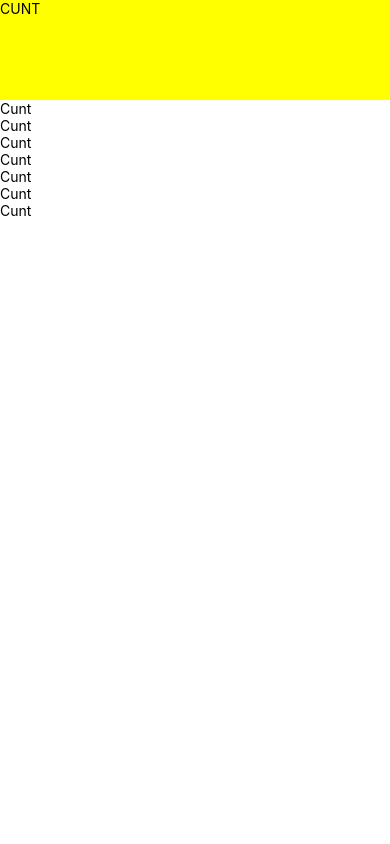
Repository: ph0ph0/ReactNative--UK-Property-App
Screen: /
An editor plug-in stored every save of this project. The screen is shown before and after the next save, followed by the edit.
The app was drawn by React Native's web renderer in a window 390 px wide. The project was rebuilt for these pictures with package versions that can differ from the ones it lists, and the page was loaded fresh each time.

Above is the screen before, as saved 2019-11-16 20:26:53.

### App.tsx
/**
 * Sample React Native App
 * https://github.com/facebook/react-native
 *
 * Generated with the TypeScript template
 * https://github.com/react-native-community/react-native-template-typescript
 *
 * @format
 */

import React, {Fragment, FunctionComponent} from 'react';
import {
  SafeAreaView,
  StyleSheet,
  ScrollView,
  View,
  Text,
  StatusBar,
} from 'react-native';

import {
  Header,
  LearnMoreLinks,
  Colors,
  DebugInstructions,
  ReloadInstructions,
} from 'react-native/Libraries/NewAppScreen';

const App = () => {
  return (
    <Fragment>
      <View
        style={{
          backgroundColor: 'yellow',
          borderColor: 'red',
          height: 100,
        }}>
        <Text>CUNT</Text>
      </View>
      <SafeAreaView>
        <View>
          <Text>Cunt</Text>
          <Text>Cunt</Text>
          <Text>Cunt</Text>
          <Text>Cunt</Text>
          <Text>Cunt</Text>
          <Text>Cunt</Text>
          <Text>Cunt</Text>
        </View>
      </SafeAreaView>
    </Fragment>
  );
};

const styles = StyleSheet.create({
  scrollView: {
    backgroundColor: Colors.lighter,
  },
  engine: {
    position: 'absolute',
    right: 0,
  },
  body: {
    backgroundColor: Colors.white,
  },
  sectionContainer: {
    marginTop: 32,
    paddingHorizontal: 24,
  },
  sectionTitle: {
    fontSize: 24,
    fontWeight: '600',
    color: Colors.black,
  },
  sectionDescription: {
    marginTop: 8,
    fontSize: 18,
    fontWeight: '400',
    color: Colors.dark,
  },
  highlight: {
    fontWeight: '700',
  },
  footer: {
    color: Colors.dark,
    fontSize: 12,
    fontWeight: '600',
    padding: 4,
    paddingRight: 12,
    textAlign: 'right',
  },
});

export default App;

After the next save:
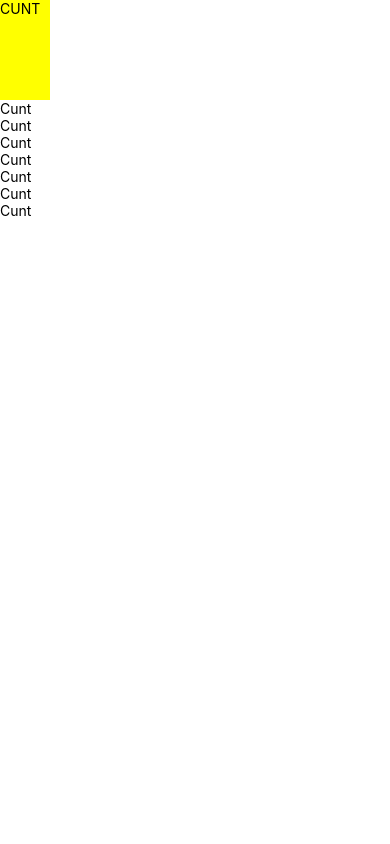
Saved 71 s later.
--- a/App.tsx
+++ b/App.tsx
@@ -34,6 +34,7 @@ const App = () => {
           backgroundColor: 'yellow',
           borderColor: 'red',
           height: 100,
+          width: 50,
         }}>
         <Text>CUNT</Text>
       </View>
